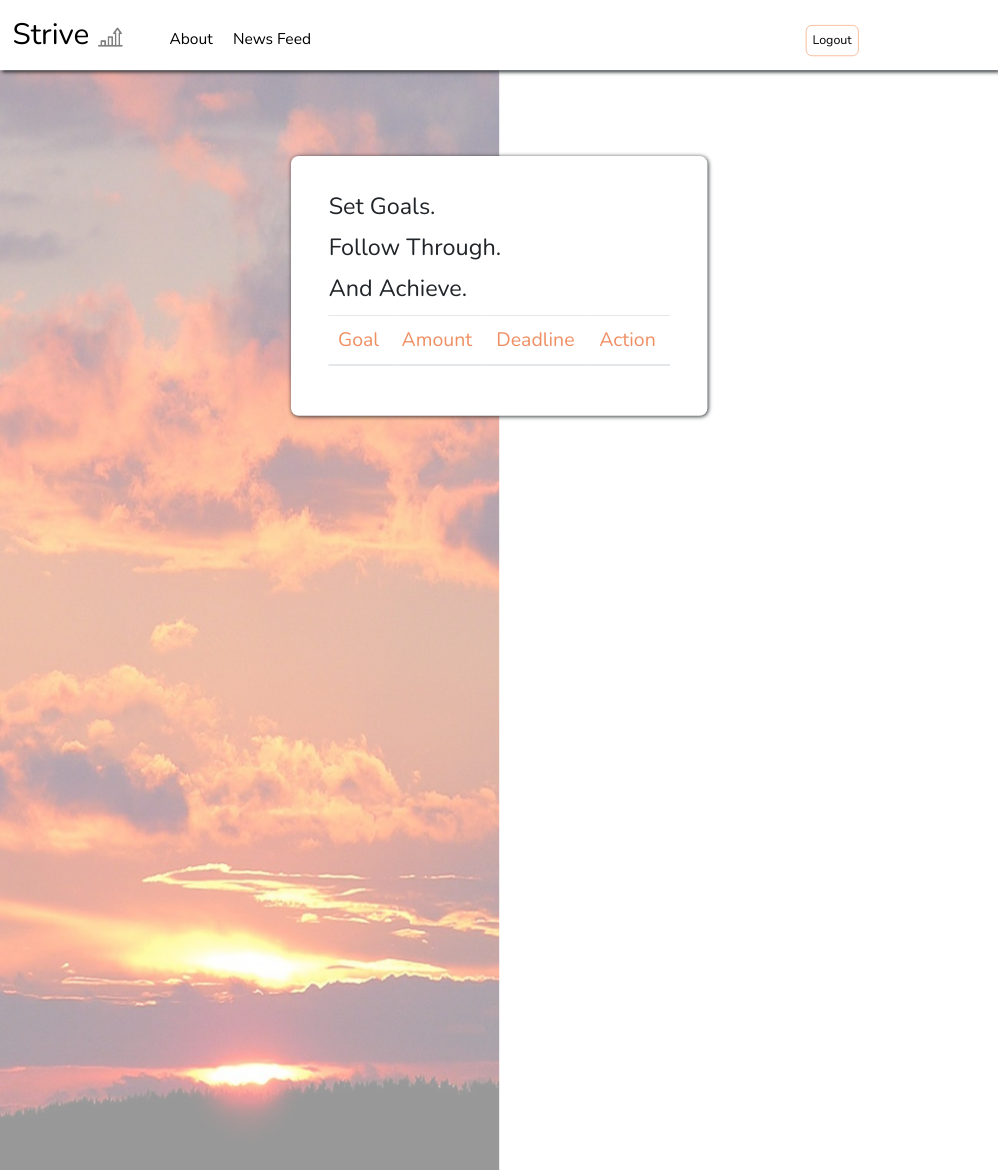
Repository: NoraOK/Strive
Page: http://localhost/strive/WEB-INF/strive/allGoals.jsp
The author's editor kept a copy of each file at every save. The page is drawn from the files as they stood at one save, then again after the next save.
The browser window is 1280 px wide. The pictures show the whole page, at 78% of full size.
The page is served by Tomcat 9. Nobody is signed in. Other server files are loaded and not shown. The template is opened directly, without the code that normally fills it, so the values that code supplies are empty.

Above is the page before, as saved 2019-12-20 18:53:22.

### strive/src/main/webapp/WEB-INF/strive/allGoals.jsp
<%@ page language="java" contentType="text/html; charset=UTF-8"
	pageEncoding="UTF-8"%>
<%@ taglib prefix="c" uri="http://java.sun.com/jsp/jstl/core"%>
<%@ taglib prefix="fmt" uri="http://java.sun.com/jsp/jstl/fmt"%>

<!DOCTYPE html>
<html>
<head>
<meta charset="UTF-8">
<title>Strive | Your Goals</title>
	<link rel="stylesheet" href="https://stackpath.bootstrapcdn.com/bootstrap/4.3.1/css/bootstrap.min.css" integrity="sha384-ggOyR0iXCbMQv3Xipma34MD+dH/1fQ784/j6cY/iJTQUOhcWr7x9JvoRxT2MZw1T" crossorigin="anonymous">
	<link href="/css/allGoals.css" rel="stylesheet" type="text/css"/>
	<link href="https://fonts.googleapis.com/css?family=Nunito:200,400,700&display=swap" rel="stylesheet">
</head>
<body>
	<div>
		<jsp:include page="header.jsp" />
	</div>
	<div class="body">
	<img src="/images/fire_sunset.jpg">
	<div class="container col-5 spotlight p-5">
		<div class="h1">
			<p >Set Goals.</p>
			<p>Follow Through.</p>
			<p>And Achieve.</p>
		</div>
			<table class="table">
				<thead>
					<tr>
						<th>Goal</th>
						<th>Amount</th>
						<th>Deadline</th>
						<th>Action</th>
					</tr>
				</thead>
				<tbody>
					<c:forEach items="${user.goals}" var="goal">
						<tr>
							<td><a href="/oneGoal/${goal.id}"><c:out value="${goal.goalName}"/></a></td>
							<td><c:out value="${goal.totalGoalExpense}"/></td>
							<td><fmt:formatDate pattern="MMMM dd, yyyy" value="${goal.deadline}"/></td>
							<td>
								<form action="/deleteGoal/${goal.id}" method="post">
									<input type="hidden" name="_method" value="delete">
									<input type="submit" value="Delete" class="button2">
								</form>
							</td>
						</tr>
					</c:forEach>
				</tbody>
			</table>
		</div>
	</div>
</body>
</html>

### strive/src/main/webapp/WEB-INF/strive/header.jsp
<%@ page language="java" contentType="text/html; charset=UTF-8"
    pageEncoding="UTF-8"%>
<%@ taglib prefix="c" uri="http://java.sun.com/jsp/jstl/core"%>

<!DOCTYPE html>
<html>
<head>
<meta charset="UTF-8">
<title>Insert title here</title>
	<link rel="stylesheet" href="https://stackpath.bootstrapcdn.com/bootstrap/4.3.1/css/bootstrap.min.css" integrity="sha384-ggOyR0iXCbMQv3Xipma34MD+dH/1fQ784/j6cY/iJTQUOhcWr7x9JvoRxT2MZw1T" crossorigin="anonymous">
	<link href="/css/header.css" rel="stylesheet" type="text/css"/>
	<link href="https://fonts.googleapis.com/css?family=Nunito&display=swap" rel="stylesheet">
</head>
<body>
	<header class="p-3">
		<div class="logo d-inline">
			<a class="d-inline strive" href="/">Strive <img class="header_img" src="/images/icon2.png" alt=""></a>
			<div class="d-inline links pl-5">
				<a class="d-inline link" href="">About</a>
				<a class="d-inline link pl-3" href="/feed">News Feed</a>
				<c:choose>
					<c:when test="${user.goals.size() > 0}">
						<a class="d-inline link pl-3" href="/allGoals">Your Goals</a>
					</c:when>
				</c:choose>
			</div>
		</div>
		<div class="buttons d-inline">
			<a href="/logout" class="logout_button">Logout</a>
		</div>
	</header>
</body>
</html>

### strive/src/main/resources/static/css/allGoals.css
.body {
	padding-top: 200px;
    position: relative;
    overflow: hidden;
    height: 1500px;
    font-family:'Nunito', sans-serif;

}

.body img {
	background-color: rgba(232,114,17,1.0);
    position: absolute;
    left: 0;
    top: 0;
    width: 50%;
    height: 1500px;
    opacity: 0.4;
}

.spotlight{
	background-color: white;
	border-radius: 10px;
	box-shadow: 1px 1px 6px;
	padding: 50px;
	padding-right: 50px;

}

.spotlight th{
	color: #F9AD86;
	font-size: 25px;
	color: #EF8F63;
	font-weight: 200;

}

.spotlight .h1{
	font-size: 30px;
	font-weight: 200;
}
.button2{
	background-color: #F9AD86;
	border: solid 1.5px #F9AD86;
	border-radius: 8px;
	padding:  8px;
	color: white;
}

.button2:hover {
	background-color: #EF8F63;
	color: white;
	border: solid 1.5px #EF8F63;

}

### strive/src/main/resources/static/css/header.css
header{
	box-shadow: 2px 2px 5px;
	height: 90px;
	z-index: 10;
    position: fixed;
    width: 100%;
    font-family:'Nunito', sans-serif;
    background-color: white;
}
.strive{
	text-decoration: none;
	color: black;
}

.logo{
	font-size: 38px;

}
.header_img{
	background-color: white;
	width: 35px;
	opacity: .5;
}

.button{
	font-size: 17px;
	color: black;
}

.link {
	font-size: 20px;
	color: black;
}

a:link {
  text-decoration: none;
}

a:visited {
  text-decoration: none;
}

a:hover {
  text-decoration: none;
}

.logout_button{
	border: solid 1.5px #F9AD86;
	border-radius: 8px;
	padding:  8px;
	color: black;
}

.logout_button:hover {
	background-color: #F9AD86;
	color: white;
}

.buttons{
	margin-left: 50%;
}

.home_button{
	color: black;
}

After the next save:
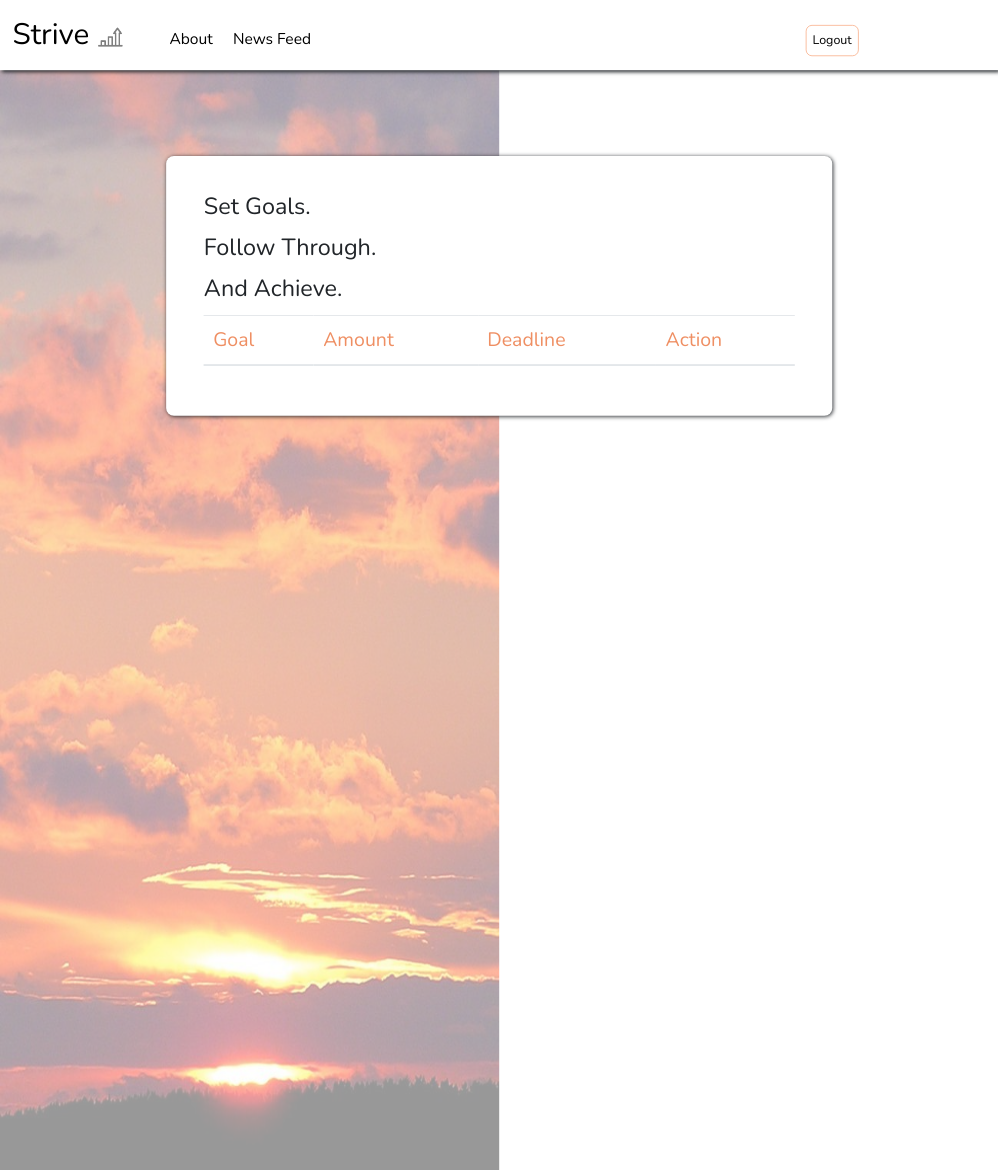
Saved 9 s later.
--- a/strive/src/main/webapp/WEB-INF/strive/allGoals.jsp
+++ b/strive/src/main/webapp/WEB-INF/strive/allGoals.jsp
@@ -18,7 +18,7 @@
 	</div>
 	<div class="body">
 	<img src="/images/fire_sunset.jpg">
-	<div class="container col-5 spotlight p-5">
+	<div class="container col-8 spotlight p-5">
 		<div class="h1">
 			<p >Set Goals.</p>
 			<p>Follow Through.</p>
